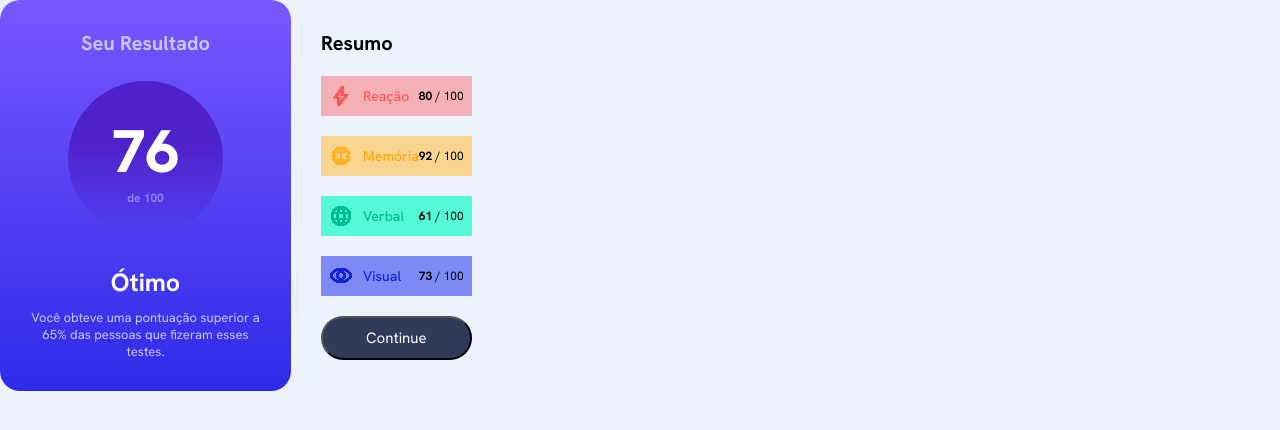
Repository: caique2512/resumo-de-resultados
Page: index.html
The author's editor kept a copy of each file at every save. The page is drawn from the files as they stood at one save, then again after the next save.
The browser window is 1280 px wide. The pictures show the whole page.

Above is the page before, as saved 2026-03-13 17:38:38.

### index.html
<!DOCTYPE html>
<html lang="pt-br">
<head>
    <meta charset="UTF-8">
    <meta name="viewport" content="width=device-width, initial-scale=1.0">
    <title>Resumo de Resultados</title>
    <link rel="stylesheet" href="src/css/estilos.css">
    <link rel="stylesheet" href="src/css/reset.css">
</head>
<body>
    <main class="conteudo">
        <div class="principal">
            <h1 class="titulo">Seu Resultado</h1>
            <div class="circulo">
                <h2>76</h2>
                <p>de 100</p>
            </div>
            <h2 class="avaliacao">Ótimo</h2>
            <p class="subtitle">Você obteve uma pontuação superior a 65% das pessoas que fizeram esses testes.</p>
        </div>
        <div class="resultado">
            <h1 class="titulo1">Resumo</h1>
            <div class="classes">
                <div class="resumo1">
                    <div>
                        <img src="./src/images/raio.png" alt="Raio">
                        <h3>Reação</h3>
                    </div>
                    <p><strong>80</strong> / 100</p>
                </div>
                <div class="resumo2">
                    <div>
                        <img src="./src/images/memoria.png" alt="Memória">
                        <h3>Memória</h3>
                    </div>
                    <p><strong>92</strong> / 100</p>
                </div>
                <div class="resumo3">
                    <div>
                        <img src="./src/images/mensagem.png" alt="Mensagem">
                        <h3>Verbal</h3>
                    </div>
                    <p><strong>61</strong> / 100</p>
                </div>
                <div class="resumo4">
                    <div>
                        <img src="./src/images/olho.png" alt="olho">
                        <h3>Visual</h3>
                    </div>
                    <p><strong>73</strong> / 100</p>
                </div>
            </div>
            <button class="btn-resumo">Continue</button>
        </div>
    </main>
</body>
</html>

### src/css/estilos.css
@import url('https://fonts.googleapis.com/css2?family=Hanken+Grotesk:ital,wght@0,100..900;1,100..900&display=swap');


body {
    background-color: #ECF3FF;
}

.conteudo {
    display: flex;
    object-fit: cover;
    width: 100%;
}

.principal {
    background: linear-gradient(hsl(252, 100%, 67%), hsl(241, 81%, 54%));
    width: 291px;
    height: 391px;
    display: flex;
    flex-direction: column;
    align-items: center;
    border-radius: 20px;
}

.titulo {
    color: hsl(241, 100%, 89%);
    font-family: "Hanken Grotesk";
    margin-top: 30px;
    font-size: 2rem;
}

.circulo {
    background: linear-gradient(hsla(256, 72%, 46%, 1) 40%, hsla(241, 72%, 46%, 0));
    width: 155px;
    height: 155px;
    border-radius: 50%;
    display: flex;
    align-items: center;
    justify-content: center;
    flex-direction: column;
    margin-top: 2.5rem;
}

.circulo h2 {
    font-size: 6rem;
    font-family: "Hanken Grotesk";
    font-weight: 800;
    color: hsl(0, 0%, 100%);
}

.circulo p {
    color: hsla(241, 100%, 89%, 0.538);
    font-family: "Hanken Grotesk";
    font-weight: 700;
    font-size: 1.2rem;
}

.principal .avaliacao {
    color: white;
    font-family: "Hanken Grotesk";
    margin-top: 30px;
    font-size: 2.5rem;

}

.principal .subtitle {
    color: hsl(241, 100%, 89%);
    font-family: "Hanken Grotesk";
    width: 230px;
    display: flex;
    text-align: center;
    margin: 10px;
    font-size: 1.3rem;
}

.resultado {
    background-color: white
    width: 291px;
    height: 391px;
    padding: 30px;
    border-radius: 0px 20px 20px 0px;
}

.resultado .titulo1 {
    color: #000000;
    font-family: "Hanken Grotesk";
}

.resultado .classes {
    display: flex;
    flex-direction: column;
    gap: 20px;
    margin: 20px 0px;
}

.resultado .resumo1 h3 {
    color: hsl(0, 100%, 67%);
    font-family: "Hanken Grotesk";
    font-size: 1.4rem;
    font-weight: 500;
}

.resultado .classes .resumo1 div {
    display: flex;
    align-items: center;
    gap: 10px;
}

.resultado .classes .resumo1{
    display: flex;
    align-items: center;
    justify-content: space-between;
    background-color: hsla(0, 90%, 77%, 0.667);
    padding: 8px;
}

.resultado .resumo2 h3 {
    color: #ffa602;
    font-family: "Hanken Grotesk";
    font-size: 1.4rem;
    font-weight: 500;
}

.resultado .classes .resumo2 div {
    display: flex;
    align-items: center;
    gap: 10px;
}

.resultado .classes .resumo2{
    display: flex;
    align-items: center;
    justify-content: space-between;
    background-color: hsla(39, 96%, 73%, 0.834);
    padding: 8px;
}

.resultado .resumo3 h3 {
    color: #00bd91;
    font-family: "Hanken Grotesk";
    font-size: 1.4rem;
    font-weight: 500;
}

.resultado .classes .resumo3 div {
    display: flex;
    align-items: center;
    gap: 10px;
}

.resultado .classes .resumo3{
    display: flex;
    align-items: center;
    justify-content: space-between;
    background-color: hsla(166, 96%, 61%, 0.851);
    padding: 8px;
}

.resultado .resumo4 h3 {
    color: #1125d4;
    font-family: "Hanken Grotesk";
    font-size: 1.4rem;
    font-weight: 500;
}

.resultado .classes .resumo4 div {
    display: flex;
    align-items: center;
    gap: 10px;
}

.resultado .classes .resumo4{
    display: flex;
    align-items: center;
    justify-content: space-between;
    background-color: hsla(234, 88%, 68%, 0.829);
    padding: 8px;
}

.resultado .classes p {
    font-size: 1.2rem;
    font-family: "Hanken Grotesk";
}

.resultado .classes p strong {
    font-weight: 700;
}

.btn-resumo {
    background-color: hsl(224, 30%, 27%);
    width: 100%;
    padding: 10px;
    border-radius: 40px;
    color: white;
    font-family: "Hanken Grotesk";
    font-size: 1.5rem;
}

### src/css/reset.css
html {
    font-size: 62.5%;
}

* {
    margin: 0;
    padding: 0;
    box-sizing: border-box;
}

img {
    object-fit: cover;
}

After the next save:
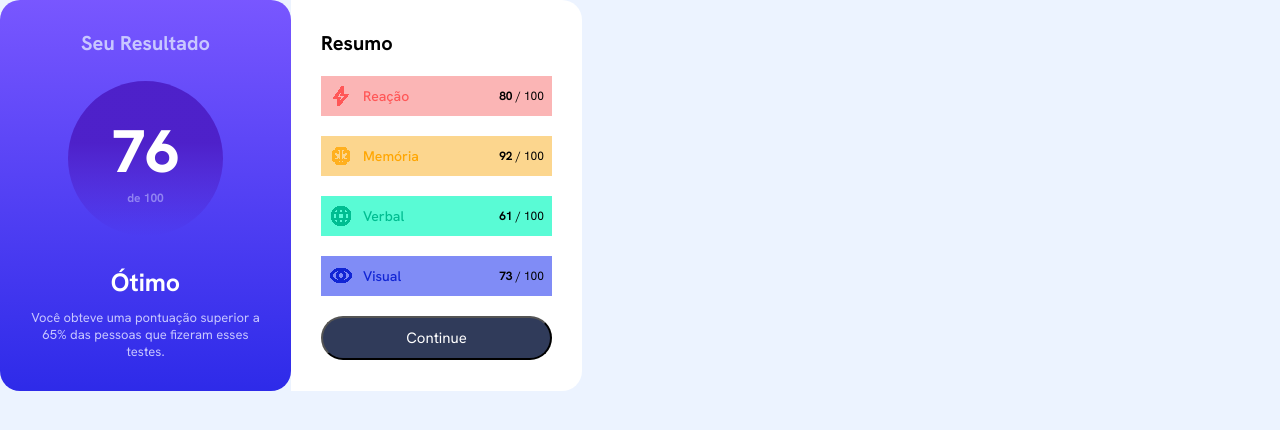
Saved 5 s later.
--- a/src/css/estilos.css
+++ b/src/css/estilos.css
@@ -73,7 +73,7 @@ body {
 }
 
 .resultado {
-    background-color: white
+    background-color: white;
     width: 291px;
     height: 391px;
     padding: 30px;
